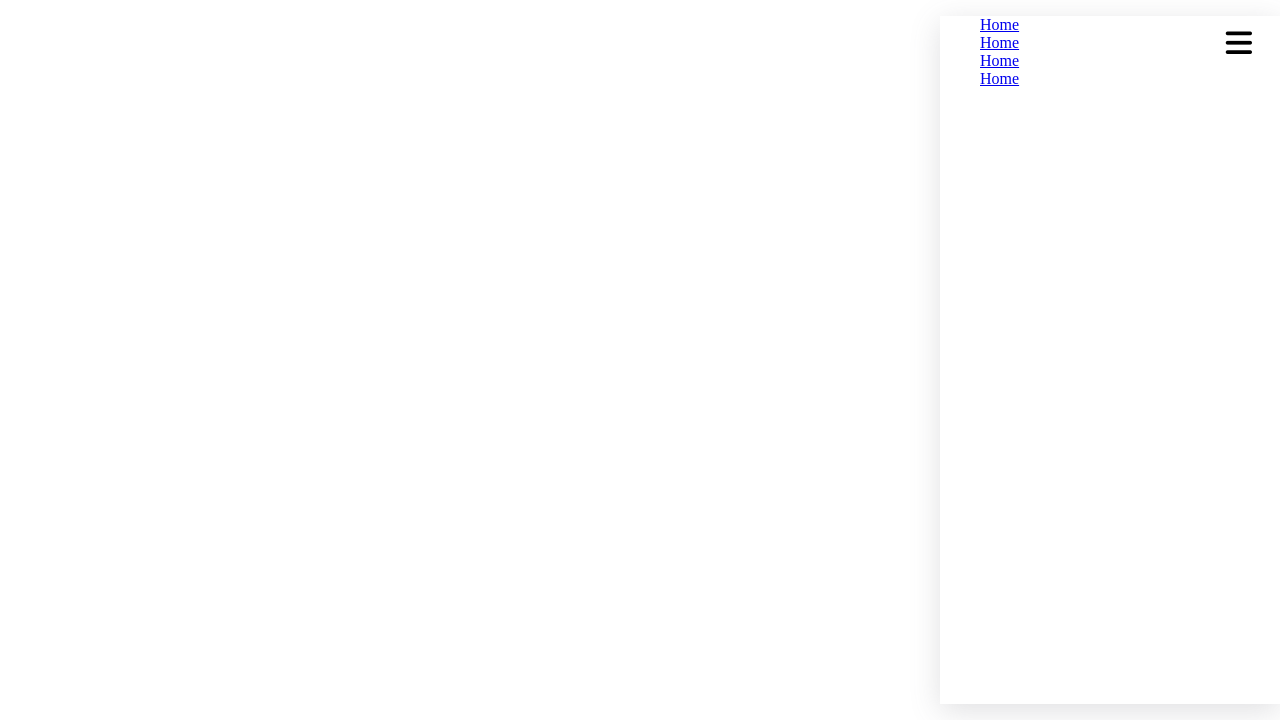
Repository: tungts3qb/Javascript
Page: toggle.html
These files come from the project's save history. The page is drawn as it stood at one moment and after the next save; the edit follows.
The browser window is 1280 px wide. The pictures show the whole page.

Above is the page before, as saved 2022-12-23 01:06:36.

After the next save:
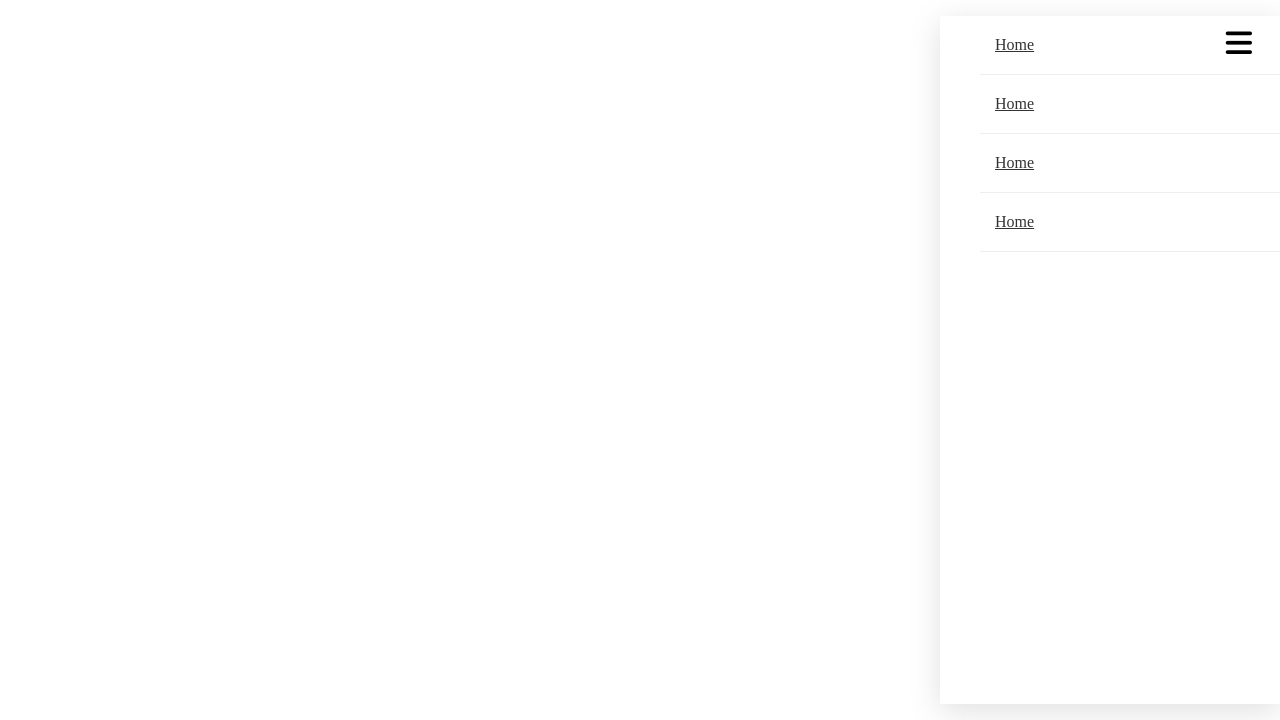
Saved 59 s later.
--- a/style.css
+++ b/style.css
@@ -32,6 +32,13 @@
   transition: transform 0.25s linear;
 }
 
+.menu-link {
+  display: block;
+  padding: 20px 15px;
+  color: #333;
+  border-bottom: 1px solid #eee;
+}
+
 .header {
   padding: 20px;
   display: flex;
